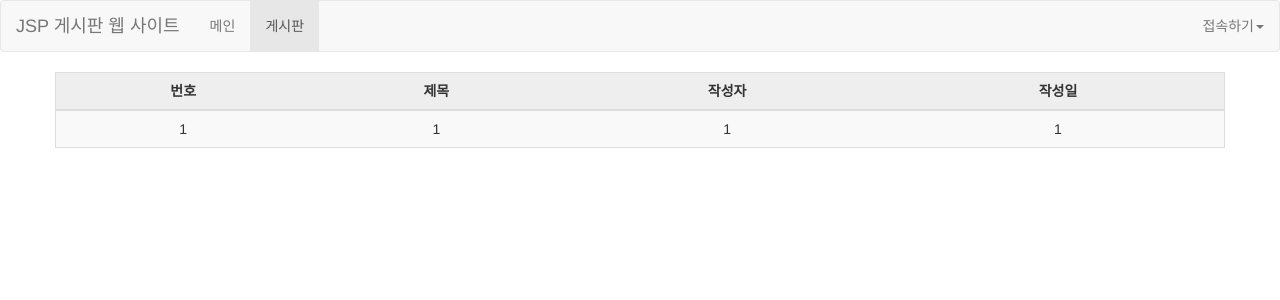
Repository: hseob04/jsp_bbs
Page: http://localhost/BBS/bbs.jsp
These files come from the project's save history. The page is drawn as it stood at one moment and after the next save; the edit follows.
The browser window is 1280 px wide. The pictures show the whole page.
Some web libraries are served in a nearby version. The page is served by Tomcat 9.

Above is the page before, as saved 2021-03-22 14:28:11.

After the next save:
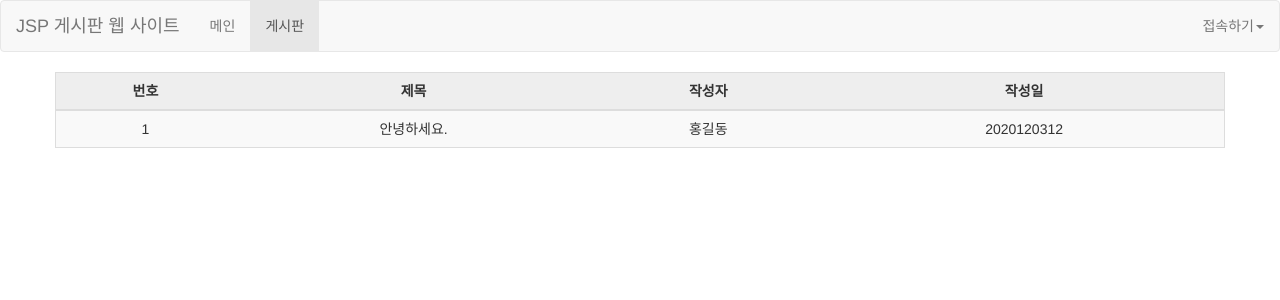
Saved 18 s later.
--- a/JSP/projects/BBS/src/main/webapp/bbs.jsp
+++ b/JSP/projects/BBS/src/main/webapp/bbs.jsp
@@ -87,9 +87,9 @@
 				<tbody>
 					<tr>
 						<td>1</td>
-						<td>1</td>
-						<td>1</td>
-						<td>1</td>
+						<td>안녕하세요.</td>
+						<td>홍길동</td>
+						<td>2020120312</td>
 					</tr>
 				</tbody>
 			</table>
